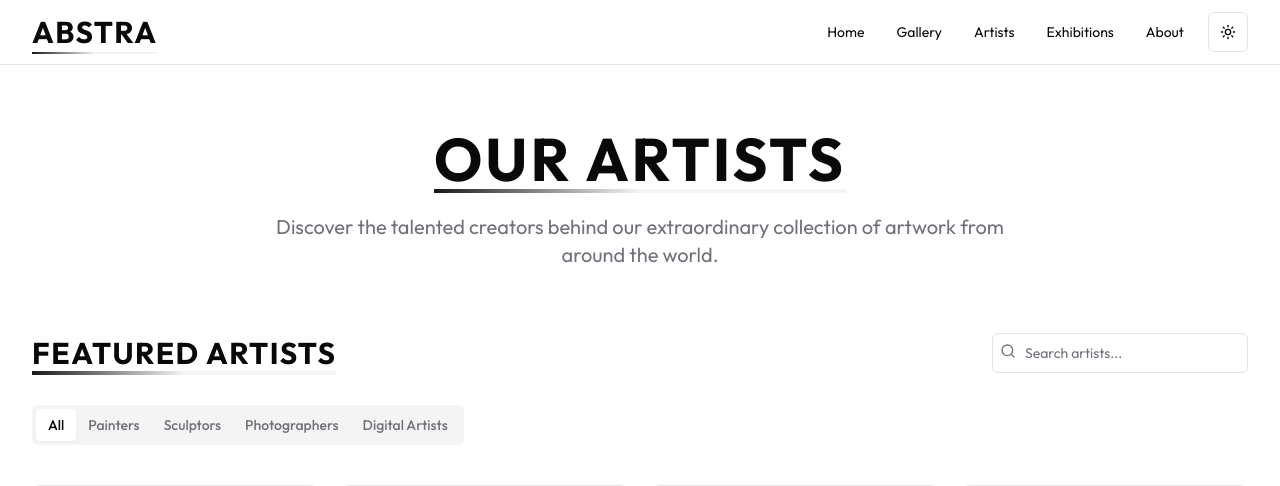
Repository: flow-ctrl369/gallery-cloneX
Page: /artists
An editor plug-in stored every save of this project. The page is shown before and after the next save, followed by the edit.
The browser window is 1280 px wide. The pictures show the part of the page from y = 0 to 486 px (the page is 1719 px tall before and 1411 px after).
Pictures or frames that could not be fetched are drawn as grey boxes. The project was rebuilt for these pictures with package versions that can differ from the ones it lists, and the page was loaded fresh each time. The framework's server and built-in components were replaced by stand-ins that run in the browser. Also part of the build but not shown: next.config.mjs.

Above is the page before, as saved 2025-06-02 12:17:16.

### app/layout.tsx
import type { Metadata } from "next"
import { Inter, Outfit } from "next/font/google"
import "./globals.css"
import { ThemeProvider } from "@/components/theme-provider"
import Header from "@/components/header"
import Footer from "@/components/footer"
import AnimatePresenceWrapper from "@/components/animate-presence-wrapper"

const inter = Inter({ subsets: ["latin"] })
const outfit = Outfit({ subsets: ["latin"] })

export const metadata: Metadata = {
  title: "Abstra | Contemporary Art Gallery",
  description: "Discover extraordinary works from emerging and established artists at Abstra, your premier destination for contemporary art.",
}

export default function RootLayout({
  children,
}: {
  children: React.ReactNode
}) {
  return (
    <html lang="en" suppressHydrationWarning>
      <body className={outfit.className}>
        <ThemeProvider
          attribute="class"
          defaultTheme="system"
          enableSystem
          disableTransitionOnChange
        >
          <div className="flex min-h-screen flex-col dark:bg-gradient-to-b dark:from-gray-900 dark:to-black">
            <Header />
            <AnimatePresenceWrapper>
              {children}
            </AnimatePresenceWrapper>
            <Footer />
          </div>
        </ThemeProvider>
      </body>
    </html>
  )
}

### app/artists/page.tsx
'use client'

import { Tabs, TabsContent, TabsList, TabsTrigger } from "@/components/ui/tabs"
import { Search } from "lucide-react"
import { Input } from "@/components/ui/input"
import ArtistGrid from "@/components/artist-grid"
import { useState } from "react"

export default function ArtistsPage() {
  const [searchQuery, setSearchQuery] = useState("")

  return (
    <main className="min-h-screen py-16 px-4 md:px-8">
      {/* Hero Section */}
      <section className="max-w-7xl mx-auto mb-16 text-center">
        <h1 className="text-4xl md:text-6xl font-bold mb-6 uppercase tracking-wider relative inline-block">
          Our Artists
          <div className="absolute -bottom-1 left-0 w-full h-1 bg-gradient-to-r from-primary via-secondary to-accent" />
        </h1>
        <p className="text-xl text-muted-foreground max-w-3xl mx-auto">
          Discover the talented creators behind our extraordinary collection of artwork from around the world.
        </p>
      </section>

      {/* Artists Section */}
      <section className="max-w-7xl mx-auto">
        <div className="flex flex-col md:flex-row justify-between items-start md:items-center gap-4 mb-8">
          <h2 className="text-3xl font-bold uppercase tracking-wider relative inline-block">
            Featured Artists
            <div className="absolute -bottom-1 left-0 w-full h-1 bg-gradient-to-r from-primary via-secondary to-accent" />
          </h2>
          <div className="flex items-center gap-4 w-full md:w-auto">
            <div className="relative w-full md:w-64">
              <Search className="absolute left-2 top-2.5 h-4 w-4 text-muted-foreground" />
              <Input
                placeholder="Search artists..."
                className="pl-8"
                value={searchQuery}
                onChange={(e) => setSearchQuery(e.target.value)}
              />
            </div>
          </div>
        </div>

        <Tabs defaultValue="all" className="w-full">
          <TabsList className="mb-8">
            <TabsTrigger value="all">All</TabsTrigger>
            <TabsTrigger value="painters">Painters</TabsTrigger>
            <TabsTrigger value="sculptors">Sculptors</TabsTrigger>
            <TabsTrigger value="photographers">Photographers</TabsTrigger>
            <TabsTrigger value="digital">Digital Artists</TabsTrigger>
          </TabsList>
          <TabsContent value="all">
            <ArtistGrid searchQuery={searchQuery} />
          </TabsContent>
          <TabsContent value="painters">
            <ArtistGrid specialty="Painter" searchQuery={searchQuery} />
          </TabsContent>
          <TabsContent value="sculptors">
            <ArtistGrid specialty="Sculptor" searchQuery={searchQuery} />
          </TabsContent>
          <TabsContent value="photographers">
            <ArtistGrid specialty="Photographer" searchQuery={searchQuery} />
          </TabsContent>
          <TabsContent value="digital">
            <ArtistGrid specialty="Digital Artist" searchQuery={searchQuery} />
          </TabsContent>
        </Tabs>
      </section>
    </main>
  )
}

### components/theme-provider.tsx
'use client'

import * as React from 'react'
import { ThemeProvider as NextThemesProvider, type ThemeProviderProps } from 'next-themes'

export function ThemeProvider({ children, ...props }: ThemeProviderProps) {
  return (
    <NextThemesProvider
      attribute="class"
      defaultTheme="system"
      enableSystem
      disableTransitionOnChange
      themes={["light", "dark"]}
      {...props}
    >
      {children}
    </NextThemesProvider>
  )
}

### components/header.tsx
import { Button } from "@/components/ui/button"
import { ModeToggle } from "@/components/mode-toggle"
import { Menu } from "lucide-react"
import Link from "next/link"
import { Sheet, SheetContent, SheetTrigger } from "@/components/ui/sheet"
import Logo from "@/components/logo"

export default function Header() {
  return (
    <header className="sticky top-0 z-50 w-full border-b bg-background/95 backdrop-blur supports-[backdrop-filter]:bg-background/60">
      <div className="container flex h-16 items-center">
        <Logo className="mr-6" />
        <div className="flex flex-1 items-center justify-end">
          <nav className="hidden md:flex items-center gap-8 text-sm mr-6">
            <Link href="/" className="transition-colors hover:text-foreground/80">
              Home
            </Link>
            <Link href="/gallery" className="transition-colors hover:text-foreground/80">
              Gallery
            </Link>
            <Link href="/artists" className="transition-colors hover:text-foreground/80">
              Artists
            </Link>
            <Link href="/exhibitions" className="transition-colors hover:text-foreground/80">
              Exhibitions
            </Link>
            <Link href="/about" className="transition-colors hover:text-foreground/80">
              About
            </Link>
          </nav>
          <div className="flex items-center gap-2">
            <ModeToggle />
            <Sheet>
              <SheetTrigger asChild>
                <Button variant="ghost" size="icon" className="md:hidden">
                  <Menu className="h-5 w-5" />
                  <span className="sr-only">Toggle menu</span>
                </Button>
              </SheetTrigger>
              <SheetContent side="right">
                <nav className="flex flex-col gap-4">
                  <Link href="/" className="text-lg font-medium">
                    Home
                  </Link>
                  <Link href="/gallery" className="text-lg font-medium">
                    Gallery
                  </Link>
                  <Link href="/artists" className="text-lg font-medium">
                    Artists
                  </Link>
                  <Link href="/exhibitions" className="text-lg font-medium">
                    Exhibitions
                  </Link>
                  <Link href="/about" className="text-lg font-medium">
                    About
                  </Link>
                </nav>
              </SheetContent>
            </Sheet>
          </div>
        </div>
      </div>
    </header>
  )
}

### components/footer.tsx
import Link from "next/link"
import Logo from "@/components/logo"

export default function Footer() {
  return (
    <footer className="border-t">
      <div className="container py-12">
        <div className="grid grid-cols-1 md:grid-cols-4 gap-8">
          <div className="md:col-span-2">
            <Logo variant="minimal" className="mb-4" />
            <p className="text-muted-foreground mb-4 max-w-md">
              Discover extraordinary works from emerging and established artists at Abstra, your premier destination for contemporary art.
            </p>
            <div className="flex gap-4">
              <Link href="#" className="text-muted-foreground hover:text-foreground">
                Instagram
              </Link>
              <Link href="#" className="text-muted-foreground hover:text-foreground">
                Twitter
              </Link>
              <Link href="#" className="text-muted-foreground hover:text-foreground">
                Facebook
              </Link>
            </div>
          </div>
          <div>
            <h3 className="font-semibold mb-4">Quick Links</h3>
            <ul className="space-y-2">
              <li>
                <Link href="/" className="text-muted-foreground hover:text-foreground">
                  Home
                </Link>
              </li>
              <li>
                <Link href="/gallery" className="text-muted-foreground hover:text-foreground">
                  Gallery
                </Link>
              </li>
              <li>
                <Link href="/artists" className="text-muted-foreground hover:text-foreground">
                  Artists
                </Link>
              </li>
              <li>
                <Link href="/exhibitions" className="text-muted-foreground hover:text-foreground">
                  Exhibitions
                </Link>
              </li>
              <li>
                <Link href="/about" className="text-muted-foreground hover:text-foreground">
                  About
                </Link>
              </li>
            </ul>
          </div>
          <div>
            <h3 className="font-semibold mb-4">Contact</h3>
            <address className="not-italic text-muted-foreground">
              <p>123 Gallery Street</p>
              <p>New York, NY 10001</p>
              <p className="mt-2">info@abstra.com</p>
              <p>+1 (555) 123-4567</p>
            </address>
          </div>
        </div>
        <div className="mt-12 pt-6 border-t text-center text-sm text-muted-foreground">
          <p>© {new Date().getFullYear()} Abstra. All rights reserved.</p>
        </div>
      </div>
    </footer>
  )
}

### components/animate-presence-wrapper.tsx
"use client"

import { AnimatePresence } from "framer-motion"

interface AnimatePresenceWrapperProps {
  children: React.ReactNode
}

export default function AnimatePresenceWrapper({ children }: AnimatePresenceWrapperProps) {
  return <AnimatePresence mode="wait">{children}</AnimatePresence>
}

### components/ui/tabs.tsx
"use client"

import * as React from "react"
import * as TabsPrimitive from "@radix-ui/react-tabs"

import { cn } from "@/lib/utils"

const Tabs = TabsPrimitive.Root

const TabsList = React.forwardRef<
  React.ElementRef<typeof TabsPrimitive.List>,
  React.ComponentPropsWithoutRef<typeof TabsPrimitive.List>
>(({ className, ...props }, ref) => (
  <TabsPrimitive.List
    ref={ref}
    className={cn(
      "inline-flex h-10 items-center justify-center rounded-md bg-muted p-1 text-muted-foreground",
      className
    )}
    {...props}
  />
))
TabsList.displayName = TabsPrimitive.List.displayName

const TabsTrigger = React.forwardRef<
  React.ElementRef<typeof TabsPrimitive.Trigger>,
  React.ComponentPropsWithoutRef<typeof TabsPrimitive.Trigger>
>(({ className, ...props }, ref) => (
  <TabsPrimitive.Trigger
    ref={ref}
    className={cn(
      "inline-flex items-center justify-center whitespace-nowrap rounded-sm px-3 py-1.5 text-sm font-medium ring-offset-background transition-all focus-visible:outline-none focus-visible:ring-2 focus-visible:ring-ring focus-visible:ring-offset-2 disabled:pointer-events-none disabled:opacity-50 data-[state=active]:bg-background data-[state=active]:text-foreground data-[state=active]:shadow-sm",
      className
    )}
    {...props}
  />
))
TabsTrigger.displayName = TabsPrimitive.Trigger.displayName

const TabsContent = React.forwardRef<
  React.ElementRef<typeof TabsPrimitive.Content>,
  React.ComponentPropsWithoutRef<typeof TabsPrimitive.Content>
>(({ className, ...props }, ref) => (
  <TabsPrimitive.Content
    ref={ref}
    className={cn(
      "mt-2 ring-offset-background focus-visible:outline-none focus-visible:ring-2 focus-visible:ring-ring focus-visible:ring-offset-2",
      className
    )}
    {...props}
  />
))
TabsContent.displayName = TabsPrimitive.Content.displayName

export { Tabs, TabsList, TabsTrigger, TabsContent }

### components/ui/input.tsx
import * as React from "react"

import { cn } from "@/lib/utils"

const Input = React.forwardRef<HTMLInputElement, React.ComponentProps<"input">>(
  ({ className, type, ...props }, ref) => {
    return (
      <input
        type={type}
        className={cn(
          "flex h-10 w-full rounded-md border border-input bg-background px-3 py-2 text-base ring-offset-background file:border-0 file:bg-transparent file:text-sm file:font-medium file:text-foreground placeholder:text-muted-foreground focus-visible:outline-none focus-visible:ring-2 focus-visible:ring-ring focus-visible:ring-offset-2 disabled:cursor-not-allowed disabled:opacity-50 md:text-sm",
          className
        )}
        ref={ref}
        {...props}
      />
    )
  }
)
Input.displayName = "Input"

export { Input }

### components/artist-grid.tsx
import { Card, CardContent } from "@/components/ui/card"
import Image from "next/image"
import Link from "next/link"
import { artists } from "@/lib/data"

interface ArtistGridProps {
  specialty?: string
  searchQuery?: string
}

export default function ArtistGrid({ specialty, searchQuery = "" }: ArtistGridProps) {
  let filteredArtists = artists

  if (specialty && specialty !== "all") {
    filteredArtists = artists.filter((artist) => artist.specialty === specialty)
  }

  // Apply search filter
  if (searchQuery) {
    const query = searchQuery.toLowerCase()
    filteredArtists = filteredArtists.filter(
      (artist) =>
        artist.name.toLowerCase().includes(query) ||
        artist.specialty.toLowerCase().includes(query) ||
        artist.location.toLowerCase().includes(query) ||
        artist.biography.toLowerCase().includes(query)
    )
  }

  return (
    <div className="grid grid-cols-1 sm:grid-cols-2 md:grid-cols-3 lg:grid-cols-4 gap-6">
      {filteredArtists.map((artist) => (
        <Link href={`/artists/${artist.id}`} key={artist.id}>
          <Card className="overflow-hidden h-full transition-all hover:shadow-md">
            <div className="aspect-square relative">
              <Image
                src={artist.image || "/placeholder.svg"}
                alt={artist.name}
                fill
                className="object-cover transition-transform hover:scale-105"
                sizes="(max-width: 640px) 100vw, (max-width: 768px) 50vw, (max-width: 1024px) 33vw, 25vw"
              />
            </div>
            <CardContent className="p-4">
              <h3 className="font-medium line-clamp-1">{artist.name}</h3>
              <p className="text-sm text-muted-foreground">{artist.specialty}</p>
              <p className="text-xs text-muted-foreground mt-1">{artist.location}</p>
            </CardContent>
          </Card>
        </Link>
      ))}
    </div>
  )
}

### components/ui/button.tsx
import * as React from "react"
import { Slot } from "@radix-ui/react-slot"
import { cva, type VariantProps } from "class-variance-authority"

import { cn } from "@/lib/utils"

const buttonVariants = cva(
  "inline-flex items-center justify-center gap-2 whitespace-nowrap rounded-md text-sm font-medium ring-offset-background transition-colors focus-visible:outline-none focus-visible:ring-2 focus-visible:ring-ring focus-visible:ring-offset-2 disabled:pointer-events-none disabled:opacity-50 [&_svg]:pointer-events-none [&_svg]:size-4 [&_svg]:shrink-0",
  {
    variants: {
      variant: {
        default: "bg-primary text-primary-foreground hover:bg-primary/90",
        destructive:
          "bg-destructive text-destructive-foreground hover:bg-destructive/90",
        outline:
          "border border-input bg-background hover:bg-accent hover:text-accent-foreground",
        secondary:
          "bg-secondary text-secondary-foreground hover:bg-secondary/80",
        ghost: "hover:bg-accent hover:text-accent-foreground",
        link: "text-primary underline-offset-4 hover:underline",
      },
      size: {
        default: "h-10 px-4 py-2",
        sm: "h-9 rounded-md px-3",
        lg: "h-11 rounded-md px-8",
        icon: "h-10 w-10",
      },
    },
    defaultVariants: {
      variant: "default",
      size: "default",
    },
  }
)

export interface ButtonProps
  extends React.ButtonHTMLAttributes<HTMLButtonElement>,
    VariantProps<typeof buttonVariants> {
  asChild?: boolean
}

const Button = React.forwardRef<HTMLButtonElement, ButtonProps>(
  ({ className, variant, size, asChild = false, ...props }, ref) => {
    const Comp = asChild ? Slot : "button"
    return (
      <Comp
        className={cn(buttonVariants({ variant, size, className }))}
        ref={ref}
        {...props}
      />
    )
  }
)
Button.displayName = "Button"

export { Button, buttonVariants }

### components/mode-toggle.tsx
"use client"

import { Moon, Sun } from "lucide-react"
import { useTheme } from "next-themes"
import { Button } from "@/components/ui/button"

export function ModeToggle() {
  const { theme, setTheme } = useTheme()

  return (
    <Button
      variant="outline"
      size="icon"
      onClick={() => setTheme(theme === "dark" ? "light" : "dark")}
    >
      <Sun className="h-[1.2rem] w-[1.2rem] rotate-0 scale-100 transition-all dark:-rotate-90 dark:scale-0" />
      <Moon className="absolute h-[1.2rem] w-[1.2rem] rotate-90 scale-0 transition-all dark:rotate-0 dark:scale-100" />
      <span className="sr-only">Toggle theme</span>
    </Button>
  )
}

### components/logo.tsx
import Link from "next/link"

interface LogoProps {
  className?: string
  variant?: "default" | "minimal"
}

export default function Logo({ className = "", variant = "default" }: LogoProps) {
  return (
    <Link href="/" className={`flex items-center space-x-2 ${className}`}>
      <div className="relative">
        <span className="text-3xl font-bold uppercase tracking-wider">
          {variant === "default" ? (
            "Abstra"
          ) : (
            <span className="text-primary">A</span>
          )}
        </span>
        {variant === "default" && (
          <div className="absolute -bottom-1 left-0 w-full h-0.5 bg-gradient-to-r from-primary via-secondary to-accent" />
        )}
      </div>
    </Link>
  )
}

### components/ui/card.tsx
import * as React from "react"

import { cn } from "@/lib/utils"

const Card = React.forwardRef<
  HTMLDivElement,
  React.HTMLAttributes<HTMLDivElement>
>(({ className, ...props }, ref) => (
  <div
    ref={ref}
    className={cn(
      "rounded-lg border bg-card text-card-foreground shadow-sm",
      className
    )}
    {...props}
  />
))
Card.displayName = "Card"

const CardHeader = React.forwardRef<
  HTMLDivElement,
  React.HTMLAttributes<HTMLDivElement>
>(({ className, ...props }, ref) => (
  <div
    ref={ref}
    className={cn("flex flex-col space-y-1.5 p-6", className)}
    {...props}
  />
))
CardHeader.displayName = "CardHeader"

const CardTitle = React.forwardRef<
  HTMLDivElement,
  React.HTMLAttributes<HTMLDivElement>
>(({ className, ...props }, ref) => (
  <div
    ref={ref}
    className={cn(
      "text-2xl font-semibold leading-none tracking-tight",
      className
    )}
    {...props}
  />
))
CardTitle.displayName = "CardTitle"

const CardDescription = React.forwardRef<
  HTMLDivElement,
  React.HTMLAttributes<HTMLDivElement>
>(({ className, ...props }, ref) => (
  <div
    ref={ref}
    className={cn("text-sm text-muted-foreground", className)}
    {...props}
  />
))
CardDescription.displayName = "CardDescription"

const CardContent = React.forwardRef<
  HTMLDivElement,
  React.HTMLAttributes<HTMLDivElement>
>(({ className, ...props }, ref) => (
  <div ref={ref} className={cn("p-6 pt-0", className)} {...props} />
))
CardContent.displayName = "CardContent"

const CardFooter = React.forwardRef<
  HTMLDivElement,
  React.HTMLAttributes<HTMLDivElement>
>(({ className, ...props }, ref) => (
  <div
    ref={ref}
    className={cn("flex items-center p-6 pt-0", className)}
    {...props}
  />
))
CardFooter.displayName = "CardFooter"

export { Card, CardHeader, CardFooter, CardTitle, CardDescription, CardContent }

Loaded but not shown: lib/utils.ts (common file); tailwind.config.ts (common file); lib/data.ts (664 lines, source omitted); components/ui/sheet.tsx (109 lines, source omitted); app/globals.css (108 lines, source omitted)

After the next save:
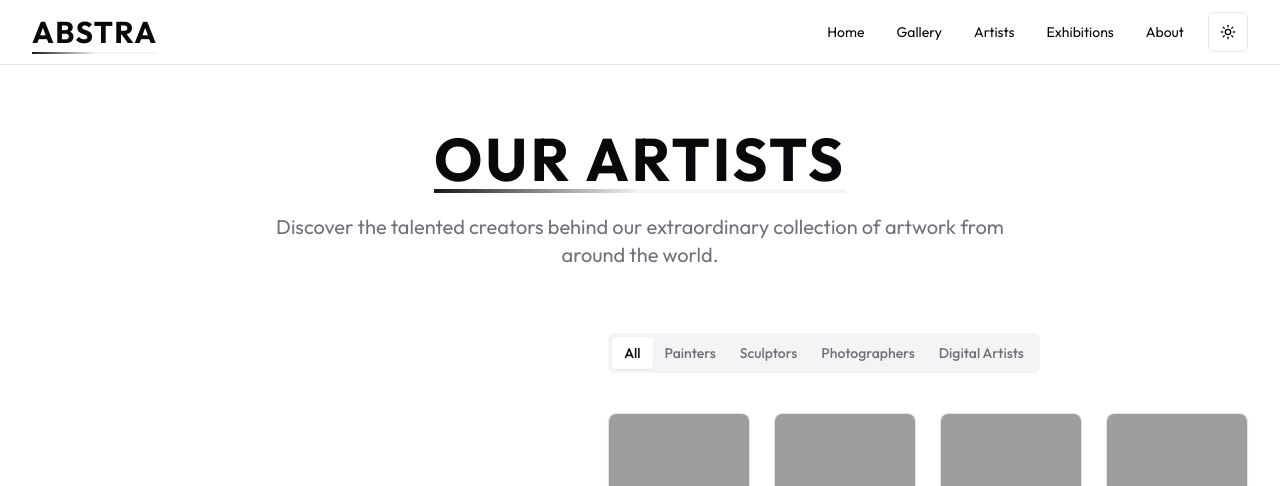
Saved 18 s later.
--- a/app/artists/page.tsx
+++ b/app/artists/page.tsx
@@ -29,6 +29,7 @@ export default function ArtistsPage() {
             Featured Artists
             <div className="absolute -bottom-1 left-0 w-full h-1 bg-gradient-to-r from-primary via-secondary to-accent" />
           </h2>
+          {/* Search Input */}
           <div className="flex items-center gap-4 w-full md:w-auto">
             <div className="relative w-full md:w-64">
               <Search className="absolute left-2 top-2.5 h-4 w-4 text-muted-foreground" />
@@ -40,32 +41,34 @@ export default function ArtistsPage() {
               />
             </div>
           </div>
+
+          {/* Tabs List - Moved next to Search Input */}
+          <Tabs defaultValue="all" className="w-full md:w-auto">
+            <TabsList className="mb-8">
+              <TabsTrigger value="all">All</TabsTrigger>
+              <TabsTrigger value="painters">Painters</TabsTrigger>
+              <TabsTrigger value="sculptors">Sculptors</TabsTrigger>
+              <TabsTrigger value="photographers">Photographers</TabsTrigger>
+              <TabsTrigger value="digital">Digital Artists</TabsTrigger>
+            </TabsList>
+            {/* Tabs Content remains below */}
+            <TabsContent value="all">
+              <ArtistGrid searchQuery={searchQuery} />
+            </TabsContent>
+            <TabsContent value="painters">
+              <ArtistGrid specialty="Painter" searchQuery={searchQuery} />
+            </TabsContent>
+            <TabsContent value="sculptors">
+              <ArtistGrid specialty="Sculptor" searchQuery={searchQuery} />
+            </TabsContent>
+            <TabsContent value="photographers">
+              <ArtistGrid specialty="Photographer" searchQuery={searchQuery} />
+            </TabsContent>
+            <TabsContent value="digital">
+              <ArtistGrid specialty="Digital Artist" searchQuery={searchQuery} />
+            </TabsContent>
+          </Tabs>
         </div>
-
-        <Tabs defaultValue="all" className="w-full">
-          <TabsList className="mb-8">
-            <TabsTrigger value="all">All</TabsTrigger>
-            <TabsTrigger value="painters">Painters</TabsTrigger>
-            <TabsTrigger value="sculptors">Sculptors</TabsTrigger>
-            <TabsTrigger value="photographers">Photographers</TabsTrigger>
-            <TabsTrigger value="digital">Digital Artists</TabsTrigger>
-          </TabsList>
-          <TabsContent value="all">
-            <ArtistGrid searchQuery={searchQuery} />
-          </TabsContent>
-          <TabsContent value="painters">
-            <ArtistGrid specialty="Painter" searchQuery={searchQuery} />
-          </TabsContent>
-          <TabsContent value="sculptors">
-            <ArtistGrid specialty="Sculptor" searchQuery={searchQuery} />
-          </TabsContent>
-          <TabsContent value="photographers">
-            <ArtistGrid specialty="Photographer" searchQuery={searchQuery} />
-          </TabsContent>
-          <TabsContent value="digital">
-            <ArtistGrid specialty="Digital Artist" searchQuery={searchQuery} />
-          </TabsContent>
-        </Tabs>
       </section>
     </main>
   )
